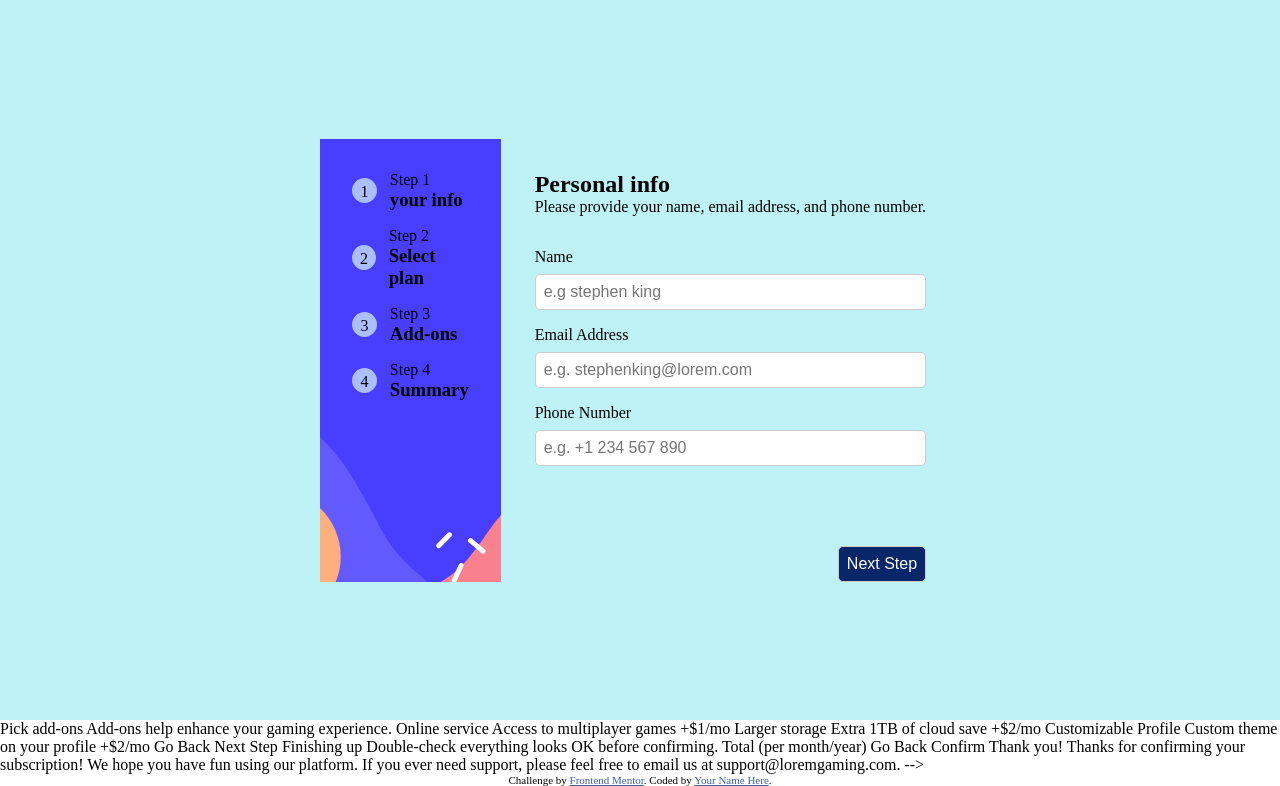
Repository: reemoon-ctrl/reemoon-ctrl.github.io
Page: index.html
These files come from the project's save history. The page is drawn as it stood at one moment and after the next save; the edit follows.
The browser window is 1280 px wide. The pictures show the whole page.

Above is the page before, as saved 2025-04-29 09:31:17.

### index.html
<!DOCTYPE html>
<html lang="en">

<head>
  <meta charset="UTF-8">
  <meta name="viewport" content="width=device-width, initial-scale=1.0">
  <!-- displays site properly based on user's device -->

  <link rel="icon" type="image/png" sizes="32x32" href="./assets/images/favicon-32x32.png">
  <link rel="stylesheet" href="./style.css">
  <title>Frontend Mentor | Multi-step form</title>

  <!-- Feel free to remove these styles or customise in your own stylesheet 👍 -->
  <style>
    .attribution {
      font-size: 11px;
      text-align: center;
    }

    .attribution a {
      color: hsl(219, 45%, 44%);
    }
  </style>
</head>

<body>
  <div class="containerCenter">
    <div class="container">
      <div class="sidebar">
        <ul class="sidebarList">
          <li class="sidebar_ele">
            <div>1</div>
            <div>
              <p>Step 1</p>
              <h3>your info</h3>
            </div>
          </li>
          <li class="sidebar_ele">
            <div>2</div>
            <div>
              <p> Step 2</p>
              <h3>Select plan</h3>
            </div>

          </li>
          <li class="sidebar_ele">
            <div>3</div>
            <div>
              <p>Step 3</p>
              <h3>Add-ons</h3>
            </div>
          </li>
          <li class="sidebar_ele">
            <div>4</div>
            <div>
              <p>Step 4</p>
              <h3>Summary</h3>
            </div>

          </li>
        </ul>
      </div>
      <div class="main">
        <div class="formHeader">
          <h2>Personal info</h2>
          <p>Please provide your name, email address, and phone number.
          </p>
        </div>
        <form class="formContainer">
          <div class="formLabelInput">
            <label for="name">Name</label>
            <input type="text" id="name" name="name" placeholder="e.g stephen king">
          </div>
          <div class="formLabelInput">
            <label for="email">Email Address</label>
            <input type="email" id="email" name="email" placeholder="e.g. stephenking@lorem.com">
          </div>
          <div class="formLabelInput">
            <label for="phone">Phone Number</label>
            <input type="tel" name="phone number" placeholder="e.g. +1 234 567 890">
          </div>
          <div id="nextStep">
            <!-- <label for="username">Username:</label> -->
            <button type="button" id="nextStepbtn" name="next step">Next Step</button>
          </div>
        </form>

        <!-- Step 1 end -->
      </div>

    </div>
  </div>

  <!-- Sidebar start -->



  <!-- Sidebar end -->



  <!-- Step 2 start -->
  <!--
  Select your plan
  You have the option of monthly or yearly billing.

  Arcade
  $9/mo

  Advanced
  $12/mo

  Pro
  $15/mo

  Monthly
  Yearly

  Go Back
  Next Step

  <!-- Step 2 end -->

  <!-- Step 3 start -->

  Pick add-ons
  Add-ons help enhance your gaming experience.

  Online service
  Access to multiplayer games
  +$1/mo

  Larger storage
  Extra 1TB of cloud save
  +$2/mo

  Customizable Profile
  Custom theme on your profile
  +$2/mo

  Go Back
  Next Step

  <!-- Step 3 end -->

  <!-- Step 4 start -->

  Finishing up
  Double-check everything looks OK before confirming.

  <!-- Dynamically add subscription and add-on selections here -->

  Total (per month/year)

  Go Back
  Confirm

  <!-- Step 4 end -->

  <!-- Step 5 start -->

  Thank you!

  Thanks for confirming your subscription! We hope you have fun
  using our platform. If you ever need support, please feel free
  to email us at support@loremgaming.com. -->

  <!-- Step 5 end -->

  <div class="attribution">
    Challenge by <a href="https://www.frontendmentor.io?ref=challenge" target="_blank">Frontend Mentor</a>.
    Coded by <a href="#">Your Name Here</a>.
  </div>
</body>

</html>

### style.css
*{
    padding: 0;
    margin: 0;
    box-sizing:border-box;
}
.container{
    display: grid;
    grid-template-columns: 1fr 3fr;
    /* padding: 1rem; */
    width:50%;
    height: 50%;
    align-items: center;
    justify-content: center;
    align-content: center;;
    justify-items:center ;
    /* margin-top: 25%; */
}
.containerCenter{
    height:100vh;
    display: flex;
    justify-content: center;
    align-items: center;
    align-content: center;
    background-color: #bff2f6;

}
.main{
    padding: 2rem 2rem 0 2rem;
    display: grid;
}
.sidebar{
    height:100% ;
    padding: 2rem;
    background:no-repeat url(./assets/images/bg-sidebar-desktop.svg) center ;
}
.sidebarList{
    list-style: none;
    display: flex;
    flex-direction: column;
    gap: 1rem;
    justify-content: space-between;
    /* height: 100%; */
}
.sidebar_ele{
    display: flex;
    /* align-content:stretch; */
    gap: .8rem;
    align-items: center;
}
.sidebar_ele>div:first-child{
    width: 25px;
    height:25px;
    background-color: #adbeff;
    border: 1px bold white;
    border-radius: 50%;
    text-align: center;
    padding: 5px;
}
.formContainer{
    display: grid;
    grid-template-columns:1fr ;
    gap:1rem ;
}
.formHeader{
    padding-bottom: 2rem;
}
.formLabelInput{
    display: flex;
    flex-direction: column;
    gap:.5rem;
}
#nextStep{
    display: flex;
    justify-content:flex-end;
    align-items: center;
    background-color: #bff2f6;
    padding-top: 4rem;
}
#nextStepbtn{
    padding: .5rem;
    border-radius: 5px;
    border: 1px solid #ccc;
    background-color: #092668;
    color: #fff;
    font-size: 1rem;
    /* color: #333; */
    cursor: pointer;
}
.formLabelInput>input{
    padding: .5rem;
    border-radius: 5px;
    border: 1px solid #ccc;
    background-color: #fff;
    font-size: 1rem;
    color: #333;
}

After the next save:
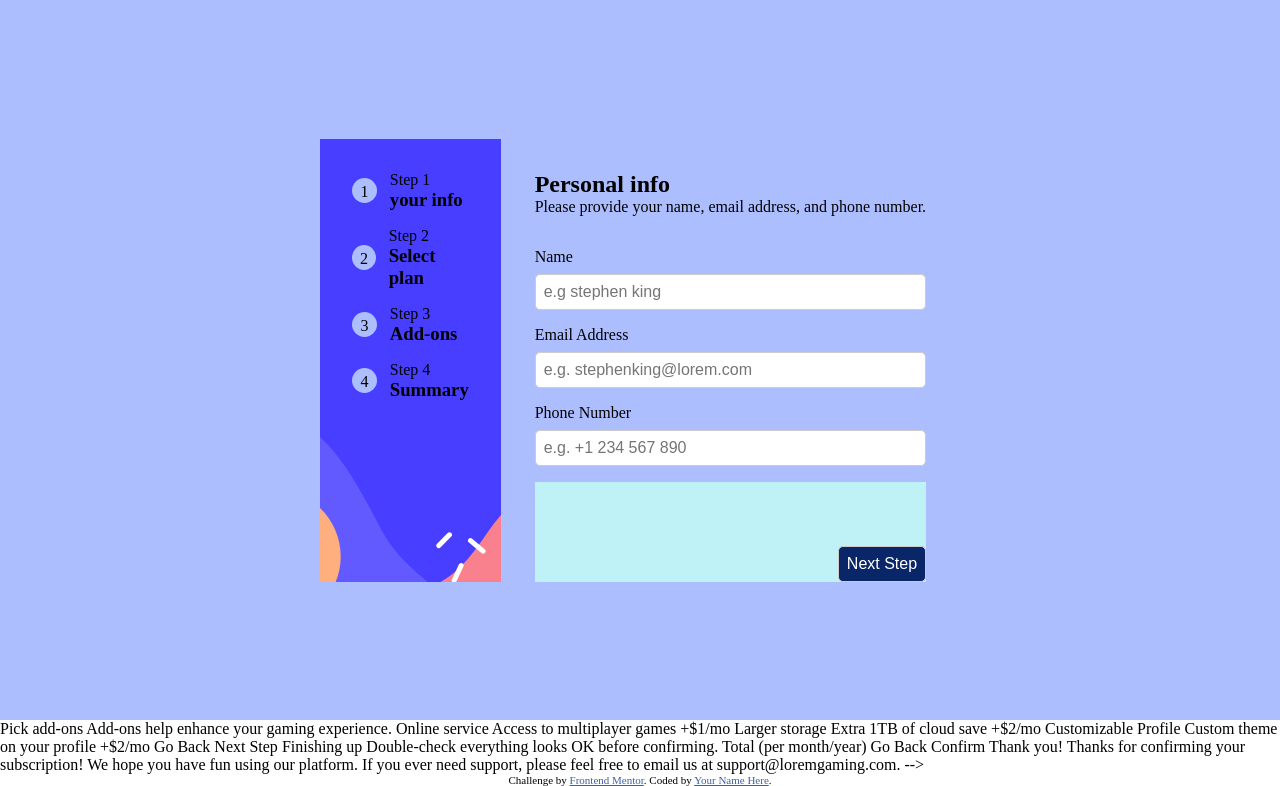
Saved 29 s later.
--- a/style.css
+++ b/style.css
@@ -21,7 +21,7 @@
     justify-content: center;
     align-items: center;
     align-content: center;
-    background-color: #bff2f6;
+    background-color: #adbeff;
 
 }
 .main{
